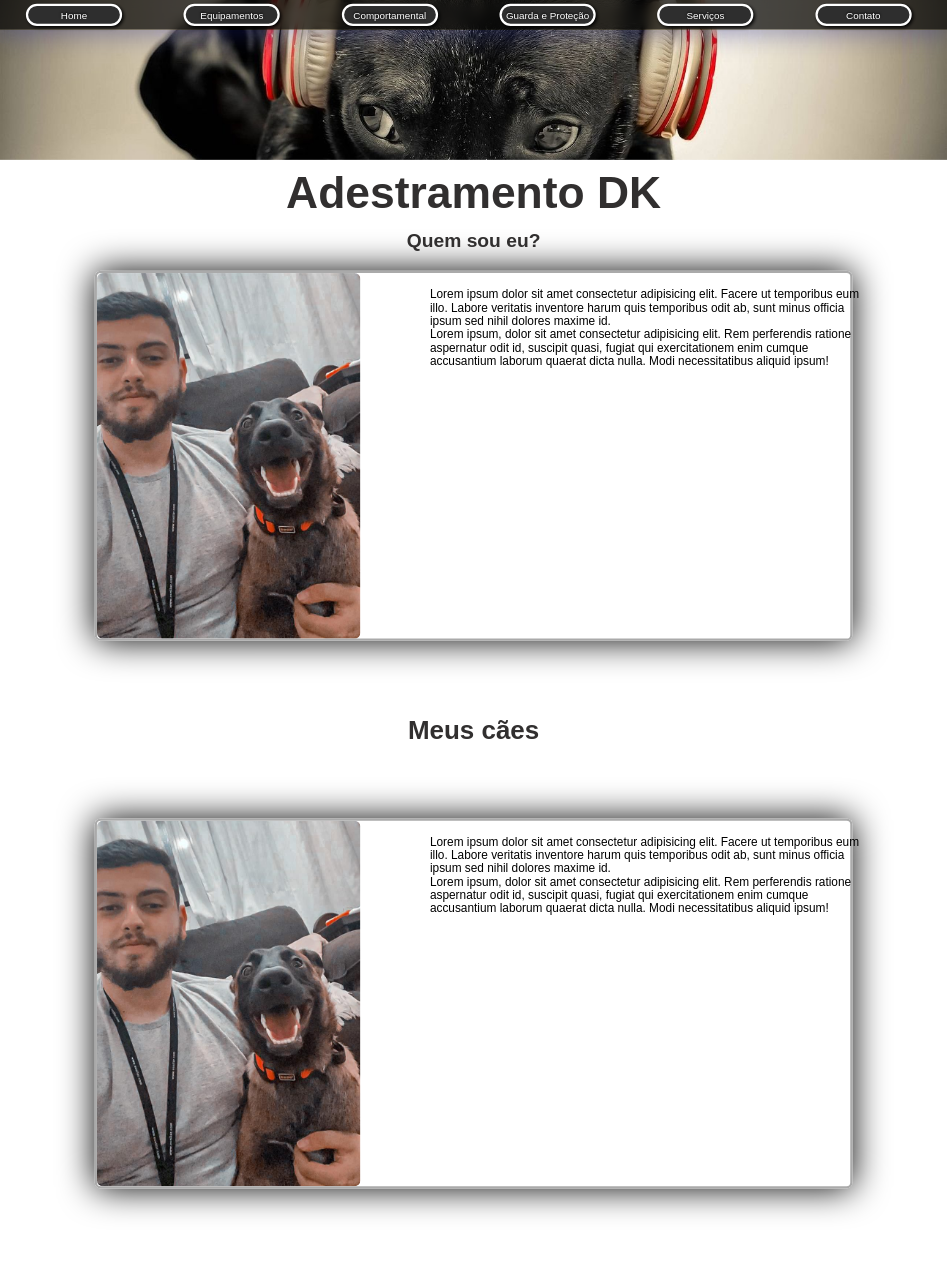
Repository: KevynMarques/Blog-React-StyledComponent
Page: /
An editor plug-in stored every save of this project. The page is shown before and after a run of saves, followed by the edit.
The browser window is 1280 px wide. The pictures show the whole page, at 74% of full size.
The project was rebuilt for these pictures with package versions that can differ from the ones it lists, and the page was loaded fresh each time.

Above is the page before, as saved 2022-02-01 18:37:52.

### src/App.js
import Header from './Components/Header/index'
import Home from './Components/Home';
import Sobre from './Components/Sobre';

import { GlobalStyle } from './GlobalStyle';

function App() {
  return (
    <>
    <Home />
    <Header />
    <Sobre />
    <GlobalStyle/>
    </>
  );
}

export default App;

### src/Components/Header/index.jsx
import { Baner } from "./style";
import Dog from '../Image/Dog.png'

export default () => {

  return (

    <>
      <Baner>
       <img src={Dog} />
     </Baner>
    </>

  );

}

### src/Components/Home/index.jsx
import { Home } from "./Style"

export default () => {
  return (

    <Home>
      <button>Home</button>
      <button>Equipamentos</button>
      <button>Comportamental</button>
      <button>Guarda e Proteção</button>
      <button>Serviços</button>
      <button>Contato</button>
    </Home>
  );
}

### src/Components/Sobre/index.jsx
import { Sobre, Tittle } from "./style"
import Foto from '../Image/foto.png'
import LP from '../Image/LV.jpg';

export default () => {
  return (
<>
   <Tittle>
    <h1>Adestramento DK</h1>
      <h2>Quem sou eu?</h2>
    </Tittle>


  <Sobre>
    <section>
    <p>Lorem ipsum dolor sit amet consectetur adipisicing elit. Facere ut temporibus eum illo. Labore veritatis inventore harum quis temporibus odit ab, sunt minus officia ipsum sed nihil dolores maxime id.
      <br></br>
    Lorem ipsum, dolor sit amet consectetur adipisicing elit. Rem perferendis ratione aspernatur odit id, suscipit quasi, fugiat qui exercitationem enim cumque accusantium laborum quaerat dicta nulla. Modi necessitatibus aliquid ipsum!
    </p>
       <div>
        <img src={Foto} />
       </div>
    </section>
  </Sobre>


  <Tittle>
      <h3>Meus cães</h3>
    </Tittle>


  <Sobre>
    <section>
    <p>Lorem ipsum dolor sit amet consectetur adipisicing elit. Facere ut temporibus eum illo. Labore veritatis inventore harum quis temporibus odit ab, sunt minus officia ipsum sed nihil dolores maxime id.
      <br></br>
    Lorem ipsum, dolor sit amet consectetur adipisicing elit. Rem perferendis ratione aspernatur odit id, suscipit quasi, fugiat qui exercitationem enim cumque accusantium laborum quaerat dicta nulla. Modi necessitatibus aliquid ipsum!
    </p>
       <div>
        <img src={Foto} />
       </div>
    </section>
  </Sobre>

</>

  );
}

### src/GlobalStyle.js
import { createGlobalStyle } from 'styled-components';

 export const GlobalStyle = createGlobalStyle`
  * {
    margin: 0;
    padding: 0;
    box-sizing: border-box;
  }
`;

### src/Components/Header/style.jsx
import styled from "styled-components";

export const Baner= styled.div `
  width: 100%;
  height: 30vh;


    img {
    width: 100%;
    height: 100%;
    object-fit: cover;

    }
`;

### src/Components/Home/Style.jsx
import styled from "styled-components";


export const  Home  = styled.div `
     width: 100vw;
     height: 40px;
     margin: 0;
     position: fixed;
     z-index: 99999;
     background: rgba( 0, 0, 0, 0.7 );
     box-shadow: 0 8px 32px 0 rgba( 31, 38, 135, 0.37 );
     backdrop-filter: blur( 7.5px );
     -webkit-backdrop-filter: blur( 7.5px );
     color:white;
     display: flex;
     align-items: center;
     justify-content: center;

     button {
font-family: Arial, Helvetica, sans-serif;
font-style:normal;
color:#ffffff;
background:#2e2e2e;
border:3px solid #ffffff;
text-shadow:0px -1px 3px #000000;
box-shadow:2px 2px 5px #000000;
-moz-box-shadow:2px 2px 5px #000000;
-webkit-box-shadow:2px 2px 5px #000000;
border-radius:25px 25px 25px 25px;
-moz-border-radius:25px 25px 25px 25px;
-webkit-border-radius:25px 25px 25px 25px;
width:130px;
height: 30px;

cursor:pointer;
margin:0 auto;
margin-left: 35px;

}

`;

### src/Components/Sobre/style.jsx
import styled from "styled-components";


export const Tittle = styled.h1`
@import url('https://fonts.googleapis.com/css2?family=Prompt:ital,wght@1,300&display=swap');
color: #312f2f;
font-size: 30px;
font-family: 'Prompt', sans-serif;
text-align: center;
height: 40px;
margin-top: 10px;

      h2 {
      font-size:26px ;
      margin-top: 15px;
      }
`;

export const  Sobre  = styled.section `
  height: 500px;
  border: solid 3px #aaaaaa;
  width: 80vw;
  margin: 100px  10%;
  border-radius: 8px;
  box-shadow: 0 0 3em Black;

  div {
    width: 35%;
    height:494px;
  }

  img {
    object-fit: cover;
    width: 100%;
    height: 100%;
    border-radius: 8px;
  }

p {
    position: absolute;
    width: 600px;
    margin-left: 450px;
    margin-top: 20px;
    font-size: 16px;
    font-family: Arial, Helvetica, sans-serif;
  }
`;

Loaded but not shown: public/index.html (common file); src/index.js (common file)

After the next 2 saves:
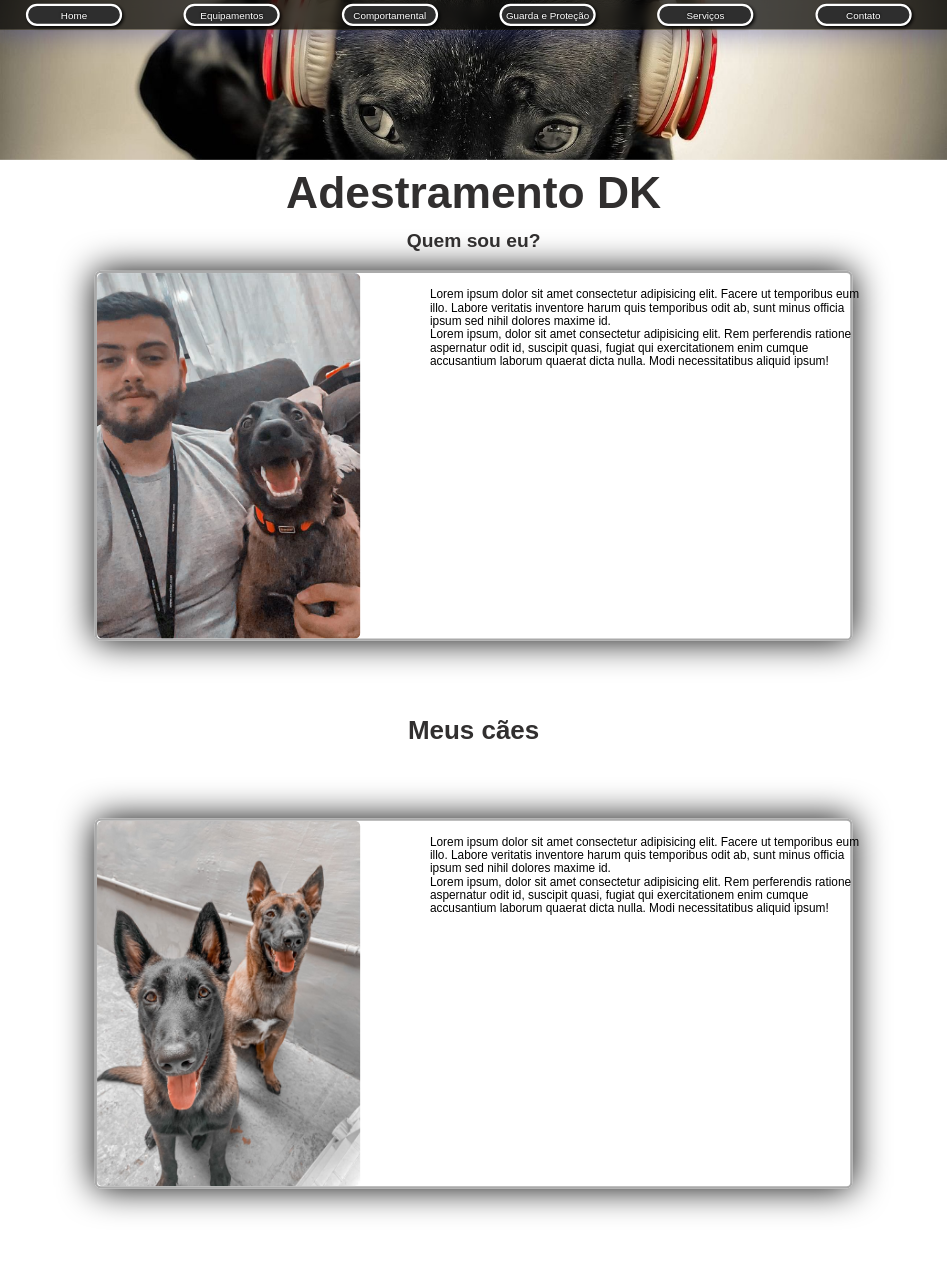
The 2 saves are shown as one change because they came seconds apart.
The last was saved 18 s later.
--- a/src/Components/Sobre/index.jsx
+++ b/src/Components/Sobre/index.jsx
@@ -1,6 +1,6 @@
 import { Sobre, Tittle } from "./style"
 import Foto from '../Image/foto.png'
-import LP from '../Image/LV.jpg';
+import LV from '../Image/LV.jpg';
 
 export default () => {
   return (
@@ -36,7 +36,7 @@ export default () => {
     Lorem ipsum, dolor sit amet consectetur adipisicing elit. Rem perferendis ratione aspernatur odit id, suscipit quasi, fugiat qui exercitationem enim cumque accusantium laborum quaerat dicta nulla. Modi necessitatibus aliquid ipsum!
     </p>
        <div>
-        <img src={Foto} />
+        <img src={LV} />
        </div>
     </section>
   </Sobre>
